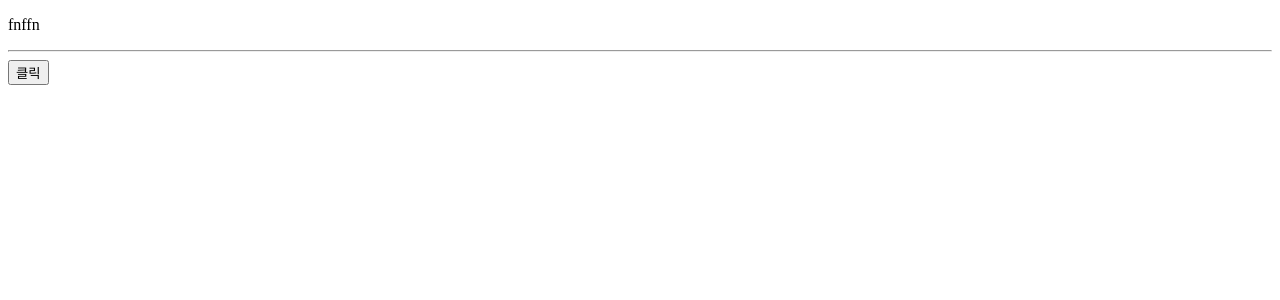
Repository: shinsil0601/webstudy
Page: 03_JavaScript/src/main/webapp/day02/ex14_event.html
An editor plug-in stored every save of this project. The page is shown before and after the next save, followed by the edit.
The browser window is 1280 px wide. The pictures show the whole page.

Above is the page before, as saved 2023-06-28 06:27:54.

After the next save:
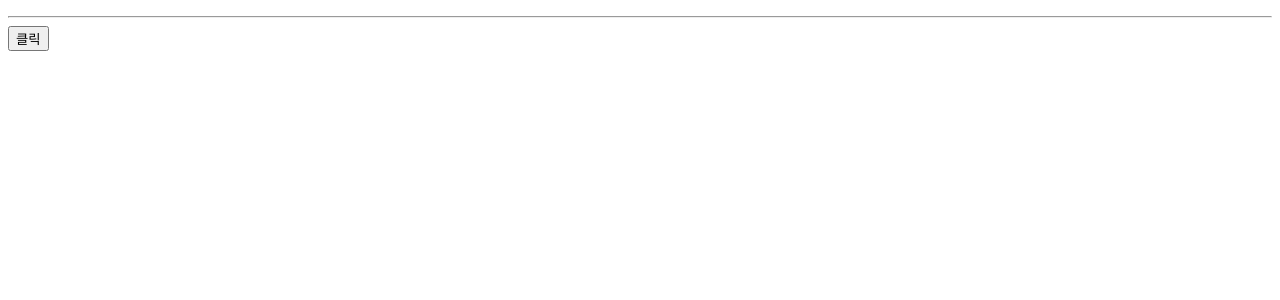
Saved 51 s later.
--- a/03_JavaScript/src/main/webapp/day02/ex14_event.html
+++ b/03_JavaScript/src/main/webapp/day02/ex14_event.html
@@ -14,7 +14,7 @@
 </script>
 </head>
 <body>
-	<p id="demo1">fnffn</p>
+	<p id="demo1"></p>
 	<p id="demo2"></p>
 	<hr>
 	<button id="mybtn">클릭</button>
